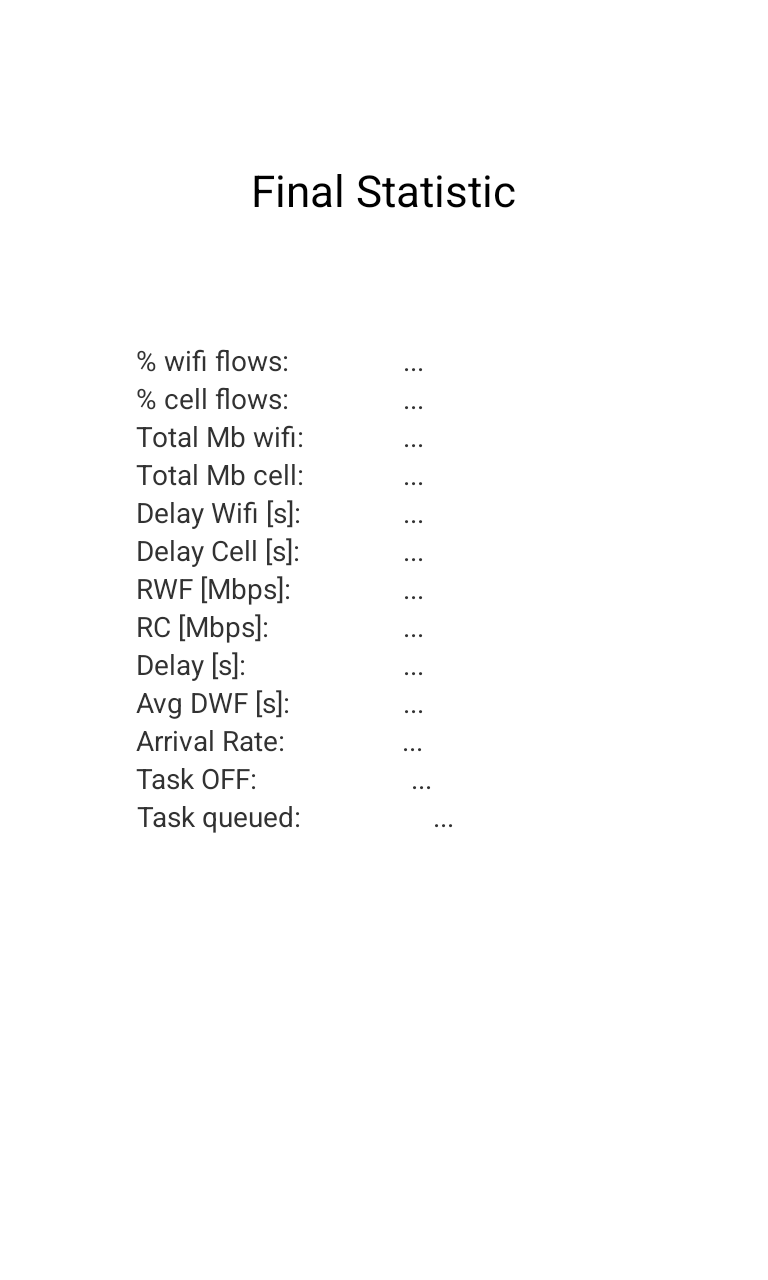
Repository: nncsang/Java-DynamicOffloading
Layout: Wifi3GProject/Wifi3GProject/res/layout/final_stat.xml
An editor plug-in stored every save of this project. The layout is shown before and after the next save, followed by the edit.
It is drawn on a 768 x 1280 px phone screen (xhdpi) without system bars, with theme AppTheme; the app's code is not run.

Above is the layout before, as saved 2016-02-04 09:32:17.

After the next save:
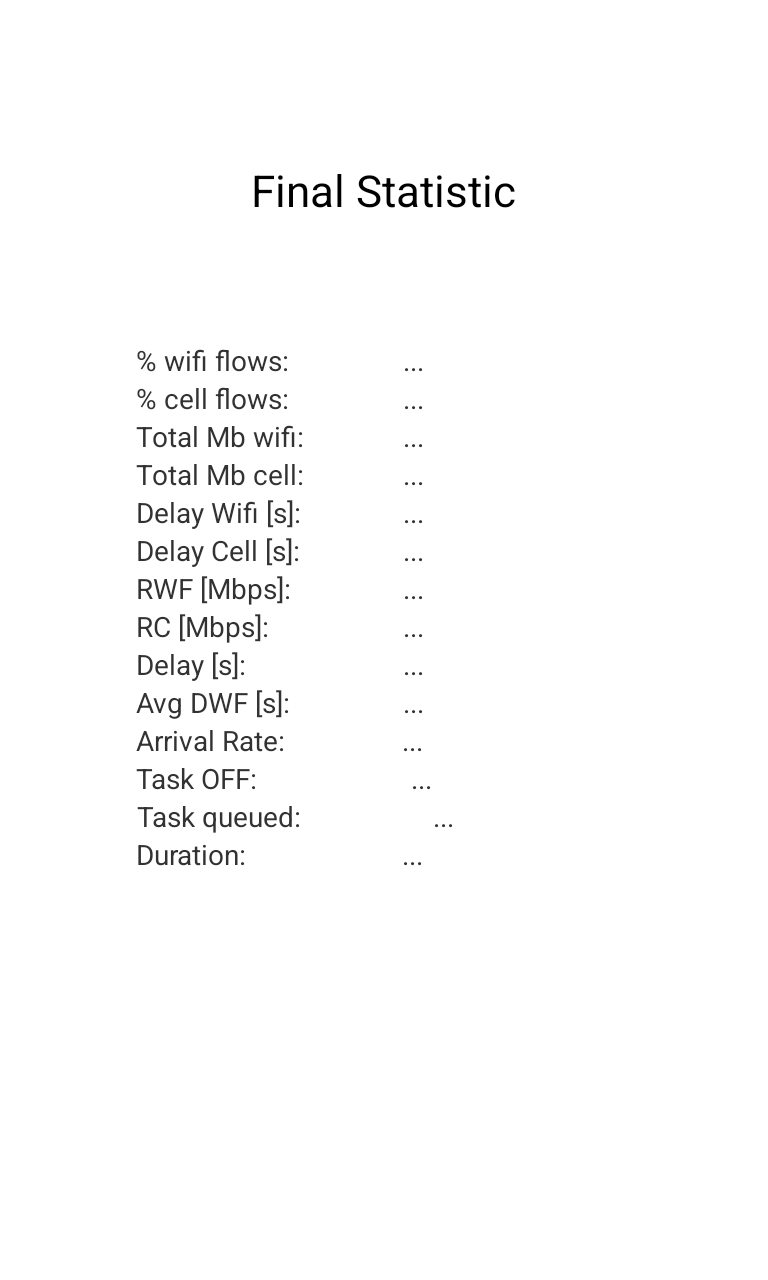
Saved 6 min 17 s later.
--- a/Wifi3GProject/Wifi3GProject/res/layout/final_stat.xml
+++ b/Wifi3GProject/Wifi3GProject/res/layout/final_stat.xml
@@ -265,7 +265,7 @@
         android:text="..." />
 
 
-     <!--  <TextView
+     <TextView
         android:id="@+id/duration"
         android:layout_width="wrap_content"
         android:layout_height="wrap_content"
@@ -283,7 +283,7 @@
         android:layout_toRightOf="@+id/duration"
         android:layout_marginLeft="31dp"
         android:gravity="center"
-        android:text="..." /> -->
+        android:text="..." />
 
 
 </RelativeLayout>
